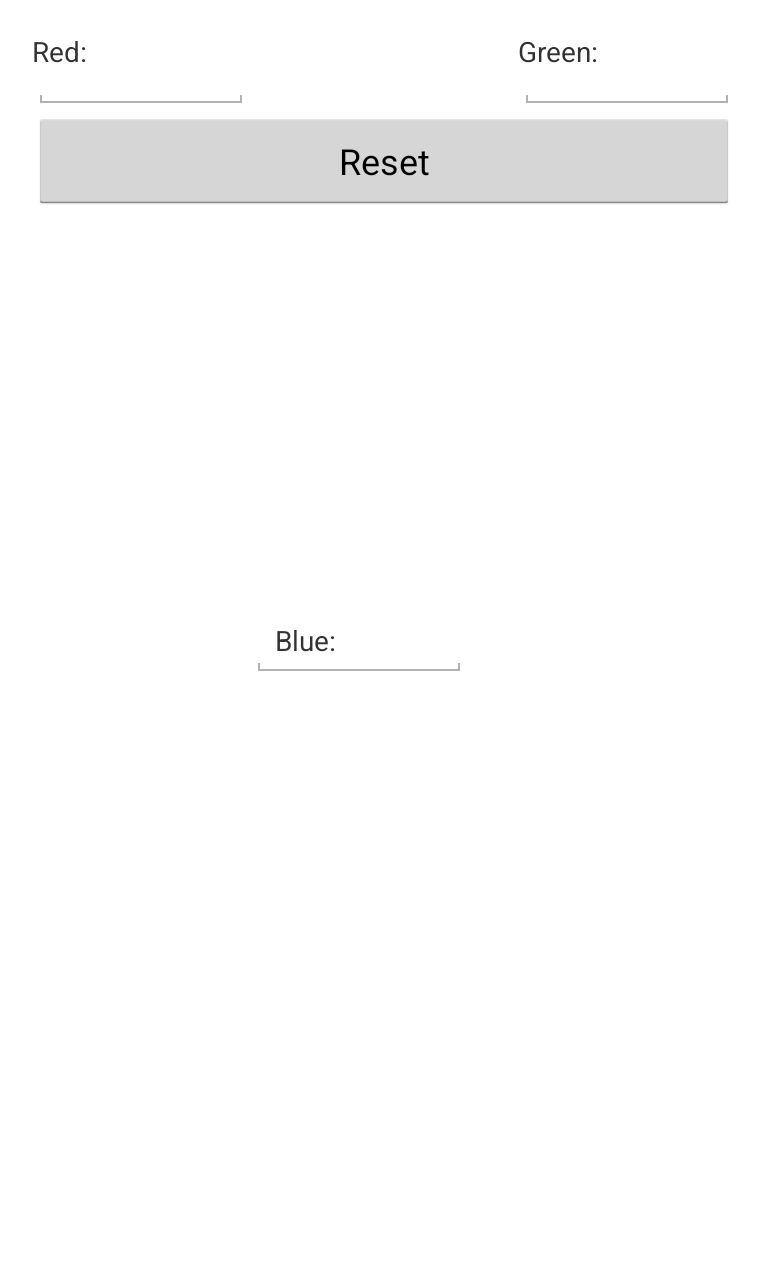
Repository: me222rs/AndroidLab1
Layout: ColorDisplay/res/layout/activity_color_display.xml
These files come from the project's save history. The layout is drawn as it stood at one moment and after the next save; the edit follows.
It is drawn on a 768 x 1280 px phone screen (xhdpi) without system bars, with theme AppTheme; the app's code is not run.

Above is the layout before, as saved 2014-11-17 15:23:20.

### ColorDisplay/res/layout/activity_color_display.xml
<RelativeLayout xmlns:android="http://schemas.android.com/apk/res/android"
    android:id="@+id/background"
    xmlns:tools="http://schemas.android.com/tools"
    android:layout_width="match_parent"
    android:layout_height="wrap_content"
    android:paddingBottom="@dimen/activity_vertical_margin"
    android:paddingLeft="@dimen/activity_horizontal_margin"
    android:paddingRight="@dimen/activity_horizontal_margin"
    android:paddingTop="@dimen/activity_vertical_margin"
    tools:context="com.example.colordisplay.ColorDisplay" >


        <TextView
        android:id="@+id/redLabel"
        android:layout_width="109dp"
		android:layout_alignParentLeft="true"
		android:layout_height="wrap_content"
		android:text="Red:"
        />

        <TextView
        android:id="@+id/blueLabel"
        android:layout_width="109dp"
		android:layout_centerInParent="true"
		android:layout_height="wrap_content"
		android:text="Blue:"
        />

        <TextView
        android:id="@+id/greenLabel"
        android:layout_width="109dp"
		android:layout_alignParentRight="true"
		android:layout_height="wrap_content"
		android:text="Green:"
        />


        <EditText android:id="@+id/red"
        android:inputType="number"
		android:layout_width="109dp"
		android:layout_alignParentLeft="true"
		android:layout_height="wrap_content"
		/>



        <EditText android:id="@+id/blue"
        android:layout_toRightOf="@+id/red"
        android:inputType="number"
		android:layout_width = "109dp"
		android:layout_centerInParent="true"
		android:layout_height="wrap_content" />

        <EditText android:id="@+id/green"
        android:layout_toLeftOf="@+id/blue"
        android:inputType="number"
		android:layout_width = "109dp"
		android:layout_alignParentRight="true"
		android:layout_height="wrap_content" />

        <Button android:id="@+id/displayColor"
        android:layout_below="@id/green"
    	android:layout_height="50dp"
    	android:layout_width="match_parent"
        android:layout_gravity="center"
        android:text="Reset" />


</RelativeLayout>

Loaded but not shown: ColorDisplay/res/values/styles.xml (common file); ColorDisplay/res/values-v11/styles.xml (common file); ColorDisplay/res/values-v14/styles.xml (common file); ColorDisplay/res/values/dimens.xml (common file); ColorDisplay/res/values-w820dp/dimens.xml (common file)

After the next save:
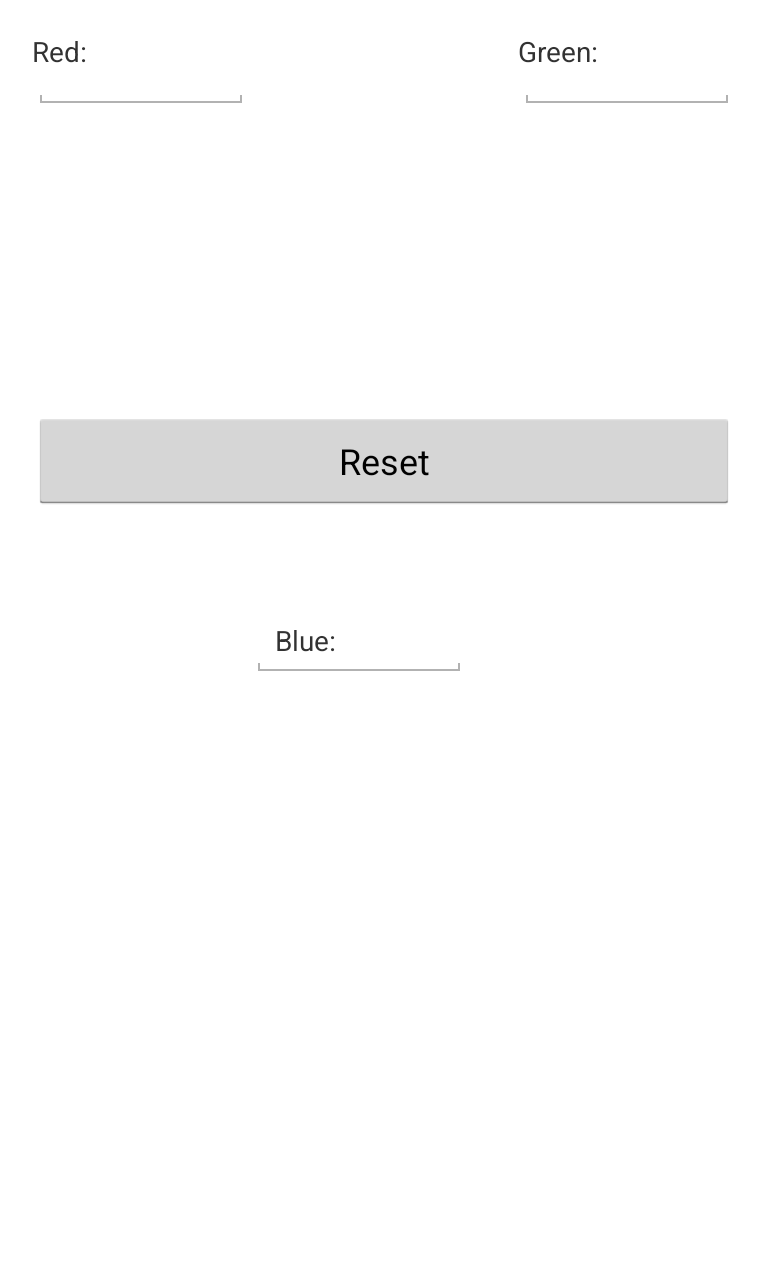
Saved 23 s later.
--- a/ColorDisplay/res/layout/activity_color_display.xml
+++ b/ColorDisplay/res/layout/activity_color_display.xml
@@ -59,6 +59,7 @@
 		android:layout_height="wrap_content" />
 
         <Button android:id="@+id/displayColor"
+            android:layout_marginTop="150dp"
         android:layout_below="@id/green"
     	android:layout_height="50dp"
     	android:layout_width="match_parent"
